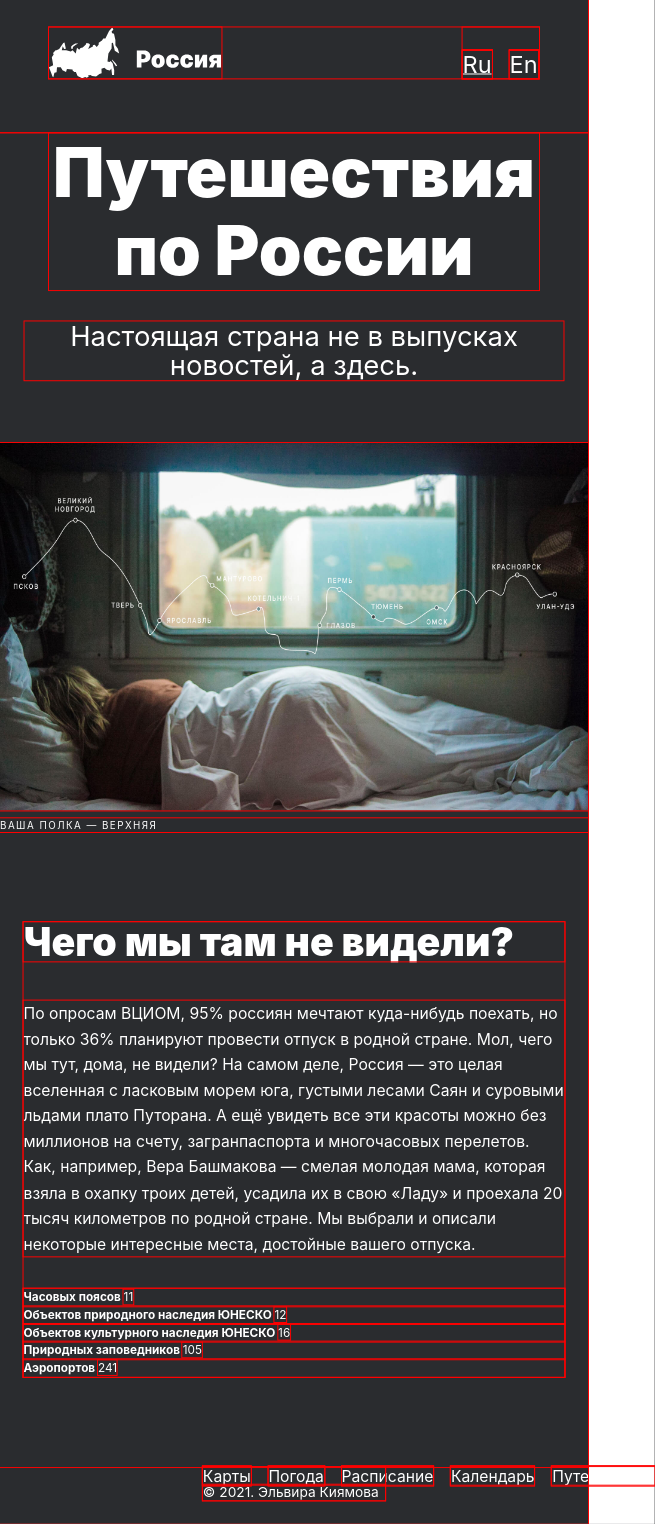
Repository: 89373611988/russia-travel
Page: index.html
An editor plug-in stored every save of this project. The page is shown before and after a run of saves, followed by the edit.
The browser window is 600 px wide. The page is 668 px wide, so the pictures cover 668 px, including what lies to the right of the window. The pictures show the whole page, at 98% of full size.
Some web fonts or font styles are not loaded; a fallback is used.

Above is the page before, as saved 2021-12-18 19:58:43.

### index.html
<!DOCTYPE html>
<html lang="ru">
  <head>
    <meta charset="UTF-8" />
    <meta name="viewport" content="width=device-width, initial-scale=1">
    <title>Путешествия по России</title>
    <link rel="stylesheet" href="pages/index.css" />
  </head>
  <body>
    <div class="page">
      <header class="header page__header">
        <img src="./images/header-logo.svg" alt="" class="header__logo">
        <ul class="header__list">
          <li class="header__item">
            <a href="#" target="_blank" class="header__lang-link">Ru</a>
          </li>
          <li class="header__item">
            <a href="#" target="_blank" class="header__lang-link">En</a>
          </li>
        </ul>
      </header>
      <main class="content">
        <section class="lead ">
          <h1 class="lead__title">Путешествия по России</h1>
          <p class="lead__subtitle">Настоящая страна не в выпусках новостей, а здесь.</p>
          <img src="./images/lead-polka.jpg" alt="Отдых в вагоне" class="lead__image">
          <p class="lead__caption">ваша полка — верхняя</p>
        </section>

        <section class="intro page__intro">
          <h2 class="intro__title">Чего мы там не видели?</h2>
          <p class="intro__text">По опросам ВЦИОМ, 95% россиян мечтают куда-нибудь поехать, но только 36% планируют провести отпуск в родной стране. Мол, чего мы тут, дома, не видели? На самом деле, Россия — это целая вселенная с ласковым морем юга, густыми лесами Саян и суровыми льдами плато Путорана. А ещё увидеть все эти красоты можно без миллионов на счету, загранпаспорта и многочасовых перелетов. Как, например, Вера Башмакова — смелая молодая мама, которая взяла в охапку троих детей, усадила их в свою «Ладу» и проехала 20 тысяч километров по родной стране. Мы выбрали и описали некоторые интересные места, достойные вашего отпуска.</p>
          <ul class="intro__list">
            <li class="intro__item">Часовых поясов
              <span class="intro__number">11</span>
            </li>
            <li class="intro__item">Объектов природного наследия ЮНЕСКО
              <span class="intro__number">12</span>
            </li>
            <li class="intro__item">Объектов культурного наследия ЮНЕСКО
              <span class="intro__number">16</span>
            </li>
            <li class="intro__item">Природных заповедников
              <span class="intro__number">105</span>
            </li>
            <li class="intro__item">Аэропортов
              <span class="intro__number">241</span>
            </li>
          </ul>
        </section>
      </main>

      <footer class="footer">
        <ul class="footer__list">
          <li class="footer__item">
            <a href="https://yandex.ru/maps" class="footer__link">Карты</a>
          </li>
          <li class="footer__item">
            <a href="https://yandex.ru/pogoda" class="footer__link">Погода</a>
          </li>
          <li class="footer__item">
            <a href="https://rasp.yandex.ru" class="footer__link">Расписание</a>
          </li>
          <li class="footer__item">
            <a href="https://calendar.yandex.ru" class="footer__link">Календарь</a>
          </li>
          <li class="footer__item">
            <a href="https://travel.yandex.ru" class="footer__link">Путешествия</a>
          </li>
        </ul>
        <p class="footer__copyright">&copy; 2021. Эльвира Киямова</p>
      </footer>

    </div>
  </body>
</html>

### pages/index.css
@import url("../styles/normalize.css");

@import url("../blocks/page/page.css");
@import url("../blocks/page/__header/page__header.css");
@import url("../blocks/page/__intro/page__intro.css");

@import url("../blocks/header/header.css");
@import url("../blocks/header/__logo/header__logo.css");
@import url("../blocks/header/__list/header__list.css");
@import url("../blocks/header/__item/header__item.css");
@import url("../blocks/header/__lang-link/header__lang-link.css");

@import url("../blocks/content/content.css");

@import url("../blocks/lead/lead.css");
@import url("../blocks/lead/__title/lead__title.css");
@import url("../blocks/lead/__subtitle/lead__subtitle.css");
@import url("../blocks/lead/__image/lead__image.css");
@import url("../blocks/lead/__caption/lead__caption.css");

@import url("../blocks/intro/intro.css");
@import url("../blocks/intro/__title/intro__title.css");
@import url("../blocks/intro/__text/intro__text.css");
@import url("../blocks/intro/__list/intro__list.css");
@import url("../blocks/intro/__item/intro__item.css");
@import url("../blocks/intro/__number/intro__number.css");

@import url("../blocks/footer/footer.css");
@import url("../blocks/footer/__list/footer__list.css");
@import url("../blocks/footer/__item/footer__item.css");
@import url("../blocks/footer/__link/footer__link.css");
@import url("../blocks/footer/__copyight/footer__copyight.css");

@import url("../fonts/Inter\ Web");

### blocks/page/page.css
* {
  outline-width: 1px;
  outline-style: solid;
  outline-color: red;
}

.page {
  color: #ffffff;
  background-color: #2a2c2f;
  font-family: "Inter";
  font-style: normal;
  padding: 28px 0 24px;
  -moz-osx-font-smoothing: grayscale;
  -webkit-font-smoothing: antialiased;
  -webkit-text-size-adjust: 100%;
  -ms-text-size-adjust: 100%;
  -moz-text-size-adjust: 100%;
  text-rendering: optimizeLegibility;
  display: flex;
  flex-direction: column;
  align-items: center;
}

### blocks/page/__header/page__header.css
.page__header {
  margin-bottom: 56px;
}

### blocks/page/__intro/page__intro.css
.page__intro {
  margin: 92px 0;
}

### blocks/header/header.css
.header {
  display: flex;
  flex-direction: row;
  justify-content: space-between;
  width: 1184px;
}

@media (max-width: 1200px) {
  .header {
    width: 928px;
  }
}

@media (max-width: 940px) {
  .header {
    width: 720px;
  }
}

@media (max-width: 768px) {
  .header {
    width: 720px;
  }
}

@media (max-width: 730px) {
  .header {
    width: 600px;
  }
}

@media (max-width: 640px) {
  .header {
    width: 500px;
  }
}

@media (max-width: 540px) {
  .header {
    width: 400px;
  }
}

@media (max-width: 440px) {
  .header {
    width: 300px;
  }
}

@media (max-width: 320px) {
  .header {
    width: 288px;
  }
}

### blocks/header/__logo/header__logo.css
.header__logo {
  width: 176px;
  height: 52px;
}

@media (max-width: 500px) {
  .header__logo {
    width: 142px;
    height: 42px;
  }
}

### blocks/header/__list/header__list.css
.header__list {
  display: flex;
  flex-direction: row;
  align-items: flex-end;
  padding: 0;
  margin: 0;
}

### blocks/header/__item/header__item.css
.header__item {
  list-style-type: none;
  width: 30px;
  height: 28px;
}

.header__item:first-child {
  margin-right: 18px;
  text-decoration: underline;
}

### blocks/header/__lang-link/header__lang-link.css
.header__lang-link {
  font-size: 24px;
  line-height: 28px;
  color: #fff;
  text-decoration: none;
}

@media (max-width: 500px) {
  .header__lang-link {
    font-size: 18px;
    line-height: 20px;
  }
}

### blocks/content/content.css


.content {

}

### blocks/lead/lead.css
.lead {
  display: flex;
  flex-direction: column;
}

### blocks/lead/__title/lead__title.css
.lead__title {
  font-weight: 900;
  font-size: 96px;
  line-height: 100px;
  max-width: 720px;
  text-align: center;
  align-self: center;
  margin: 0;
}

@media (max-width: 768px) {
  .lead__title {
    font-size: 70px;
    line-height: 80px;
    max-width: 500px;
  }
}

@media (max-width: 520px) {
  .lead__title {
    font-size: 50px;
    line-height: 70px;
    max-width: 400px;
  }
}

@media (max-width: 440px) {
  .lead__title {
    font-size: 45px;
    line-height: 50px;
    max-width: 330px;
  }
}

@media (max-width: 320px) {
  .lead__title {
    font-size: 40px;
    line-height: 44px;
    max-width: 288px;
  }
}

### blocks/lead/__subtitle/lead__subtitle.css
.lead__subtitle {
  font-size: 30px;
  line-height: 36px;
  align-self: center;
  margin: 32px 0 64px;
  max-width: 640px;
  text-align: center;
}

@media (max-width: 680px) {
  .lead__subtitle {
    font-size: 28px;
    line-height: 30px;
    max-width: 550px;
  }
}

@media (max-width: 575px) {
  .lead__subtitle {
    font-size: 25px;
    line-height: 30px;
    max-width: 400px;
  }
}

@media (max-width: 430px) {
  .lead__subtitle {
    font-size: 18px;
    line-height: 25px;
    max-width: 300px;
  }
}

@media (max-width: 320px) {
  .lead__subtitle {
    font-size: 16px;
    line-height: 20px;
    max-width: 288px;
  }
}

### blocks/lead/__image/lead__image.css
.lead__image {
  max-width: 984px;
  max-height: 615px;
  margin: 0 auto;
}

@media (max-width: 1024px) {
  .lead__image {
    max-width: 100%;
  }
}

### blocks/lead/__caption/lead__caption.css
.lead__caption {
  font-size: 10px;
  line-height: 14px;
  letter-spacing: 1.5px;
  margin: 8px 0 0;
  text-transform: uppercase;
  text-align: left;
}

### blocks/intro/intro.css
.intro {
  max-width: 690px;
}

@media (max-width: 1024px) {
  .intro {
    margin-left: 48px;
  }
}

@media (max-width: 768px) {
  .intro {
    max-width: 720px;
    margin-left: 24px;
    margin-right: 24px;
  }
}

@media (max-width: 320px) {
  .intro {
    max-width: 288px;
    margin-left: 16px;
    margin-right: 16px;
  }
}

### blocks/intro/__title/intro__title.css
.intro__title {
  margin: 0;
  font-weight: 900;
  font-size: 54px;
  line-height: 58px;
}

@media (max-width: 768px) {
  .intro__title {
    font-size: 40px;
    line-height: 40px;
  }
}

@media (max-width: 400px) {
  .intro__title {
    font-size: 32px;
    line-height: 35px;
  }
}

### blocks/intro/__text/intro__text.css
.intro__text {
  font-size: 16px;
  line-height: 163%;
  margin: 40px 0 33px;
}

### blocks/intro/__list/intro__list.css
.intro__list {
  margin: 0;
  padding: 0;
  font-weight: bold;
  font-size: 12px;
  line-height: 18px;
}

### blocks/intro/__item/intro__item.css
.intro__item {
  list-style-type: none;
}

### blocks/intro/__number/intro__number.css
.intro__number {
  font-weight: normal;
}

### blocks/footer/footer.css
.footer {
  width: 1184px;
  display: flex;
  flex-direction: row;
  justify-content: space-between;
}

@media (max-width: 1220px) {
  .footer {
    width: 1000px;
  }
}

@media (max-width: 1024px) {
  .footer {
    width: 928px;
  }
}

@media (max-width: 960px) {
  .footer {
    width: 800px;
  }
}

@media (max-width: 960px) {
  .footer {
    width: 800px;
  }
}

@media (max-width: 840px) {
  .footer {
    width: 750px;
  }
}

@media (max-width: 768px) {
  .footer {
    width: 720px;
  }
}

@media (max-width: 750px) {
  .footer {
    width: 186px;
    flex-direction: column;

  }
}

### blocks/footer/__list/footer__list.css
.footer__list {
  display: flex;
  flex-direction: row;
  padding: 0;
  margin: 0;
  font-size: 16px;
  line-height: 18px;
}


@media (max-width: 320px) {
  .footer__list {
    font-size: 24px;
    line-height: 24px;
  }
}

### blocks/footer/__item/footer__item.css
.footer__item {
  list-style-type: none;
  margin-right: 18px;
}

@media (max-width: 750px) {
  .footer__item {
    width: 186px;
    flex-direction: column;

  }
}

### blocks/footer/__link/footer__link.css
.footer__link {
  color: #fff;
  text-decoration: none;
}

.footer__link:hover {
  opacity: 0.7;
  cursor: pointer;
  transition: opacity 0.5s ease;
}

### blocks/footer/__copyight/footer__copyight.css
.footer__copyright {
  margin: 0;
  font-size: 14px;
  line-height: 16px;
}

@media (max-width: 320px) {
  .footer__copyright {
    line-height: 14px;
  }
}

Loaded but not shown: styles/normalize.css (library)

After the next 2 saves:
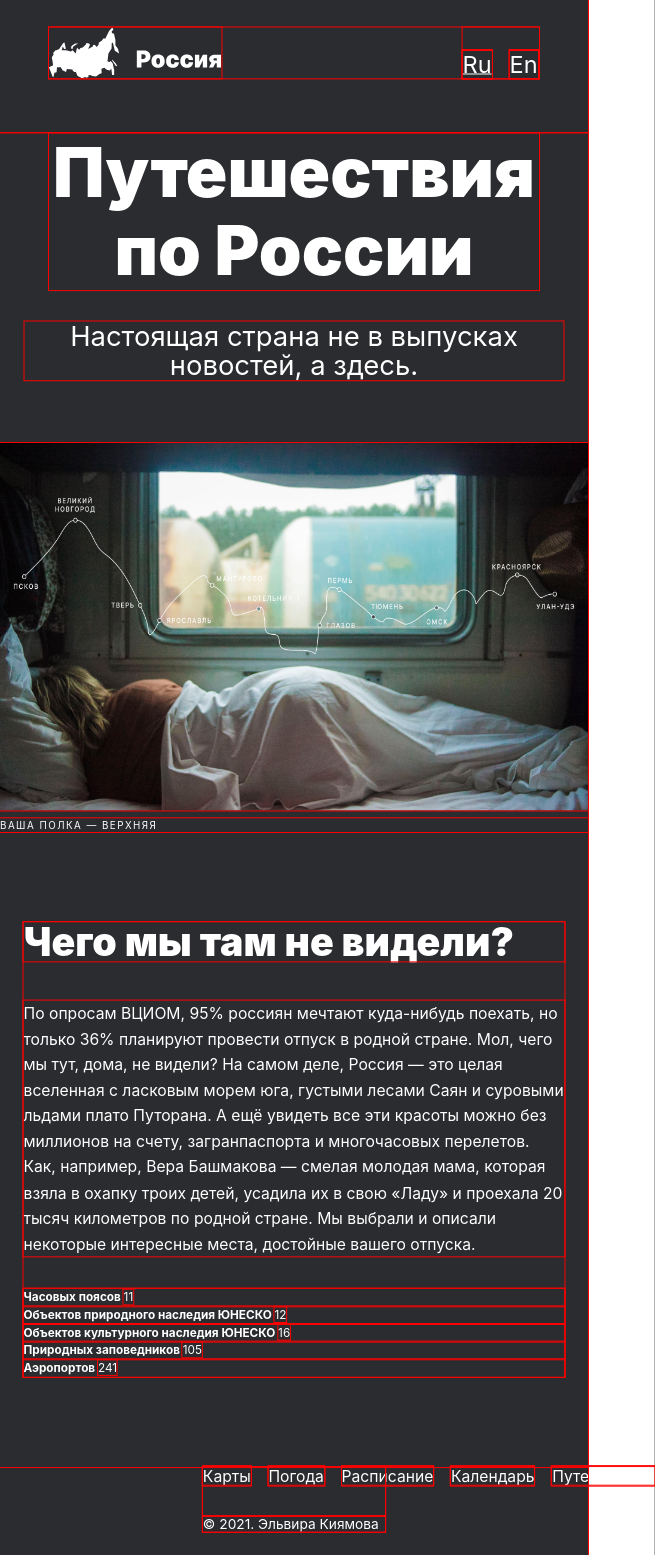
The 2 saves are shown as one change because they came seconds apart.
The last was saved 8 s later.
--- a/blocks/footer/__item/footer__item.css
+++ b/blocks/footer/__item/footer__item.css
@@ -6,7 +6,6 @@
 @media (max-width: 750px) {
   .footer__item {
     width: 186px;
-    flex-direction: column;
-
+    margin-bottom: 32px;
   }
 }
